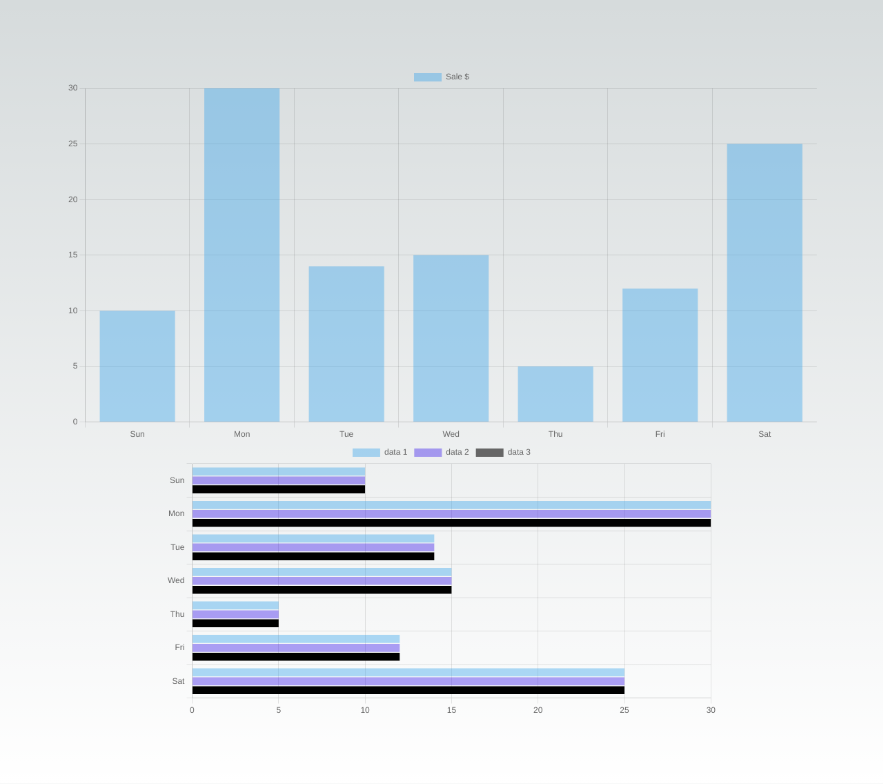
Repository: MonicaNguyenH/exercise-5
Page: /
The author's editor kept a copy of each file at every save. The page is drawn from the files as they stood at one save, then again after a run of saves.
The browser window is 1280 px wide. The pictures show the whole page, at 69% of full size.
The project was rebuilt for these pictures with package versions that can differ from the ones it lists, and the page was loaded fresh each time. The framework's server and built-in components were replaced by stand-ins that run in the browser. Also part of the build but not shown: next.config.mjs.

Above is the page before, as saved 2024-04-15 14:27:54.

After the next 3 saves:
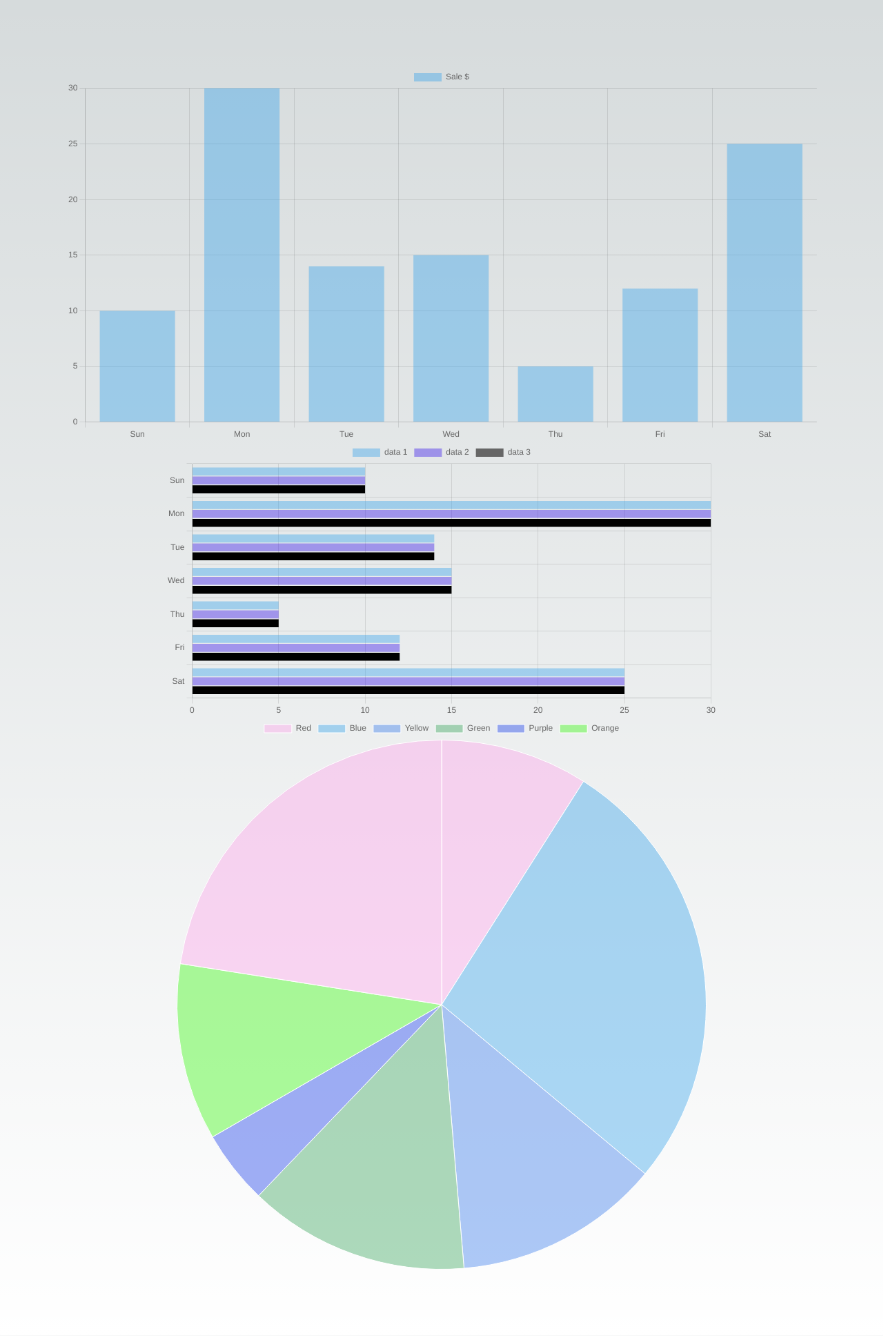
The 3 saves are shown as one change because 2 did not build or start.
The last was saved 2 min 2 s later.
--- a/pages/index.js
+++ b/pages/index.js
@@ -2,6 +2,7 @@
 import styles from "@/styles/Home.module.css";
 import VerticalBar from "@/components/VerticalBar";
 import HorizontalChart from "@/components/HorizontalChart";
+import PieChart from "@/components/PieChart ";
 
 
 export default function Home() {
@@ -10,6 +11,7 @@ export default function Home() {
       <main className={`${styles.main}`}>
         <VerticalBar />
         <HorizontalChart/>
+        <PieChart/>
       </main>
     </>
   );
--- a/components/PieChart /index.js
+++ b/components/PieChart /index.js
@@ -31,7 +31,14 @@ export default function PieChart(){
                 {
                     label: '# of Votes',
                     data:[10,30,14,15,5,12,25],
-                    borderClor: 'rgb(53, 162, 235 )',
+                    borderClor: [
+                        'rgba(255, 162, 235, 0.4)',
+                        'rgba(53, 162, 235, 0.4)',
+                        'rgba(53, 120, 235, 0.4)',
+                        'rgba(53, 162, 88, 0.4)',
+                        'rgba(22, 58, 235, 0.4)',
+                        'rgba(53, 250, 12, 0.4)',
+                    ],
                     backgroundColor: [
                         'rgba(255, 162, 235, 0.4)',
                         'rgba(53, 162, 235, 0.4)',
@@ -62,7 +69,9 @@ export default function PieChart(){
 
     return(
         <>
-        <Bar data={chartData} options={chartOptions}/>
+        <div>
+            <Pie data={chartData} options={chartOptions} style={{ width: "800px", height: "500px"}}/>
+        </div>
         </>
     )
 }
